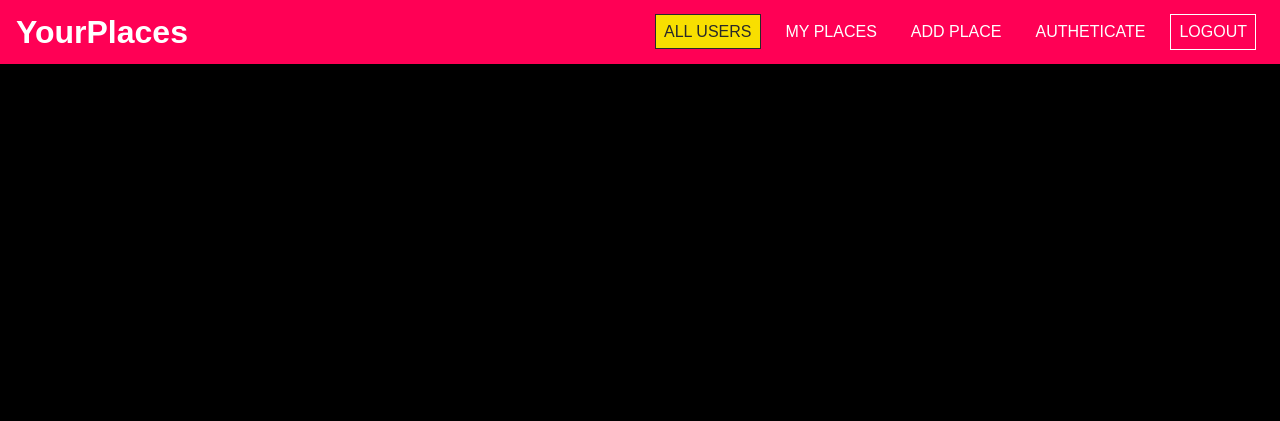
Repository: TanviSanyal/ImageEditingBootcamp
Page: /
These files come from the project's save history. The page is drawn as it stood at one moment and after the next save; the edit follows.
The browser window is 1280 px wide. The pictures show the whole page.
The project was rebuilt for these pictures with package versions that can differ from the ones it lists, and the page was loaded fresh each time. Also part of the build but not shown: src/shared/components/navigation/SideDrawer.css, src/shared/components/UIElements/Backdrop.css, src/shared/components/UIElements/Backdrop.js.

Above is the page before, as saved 2020-09-26 22:54:31.

After the next save:
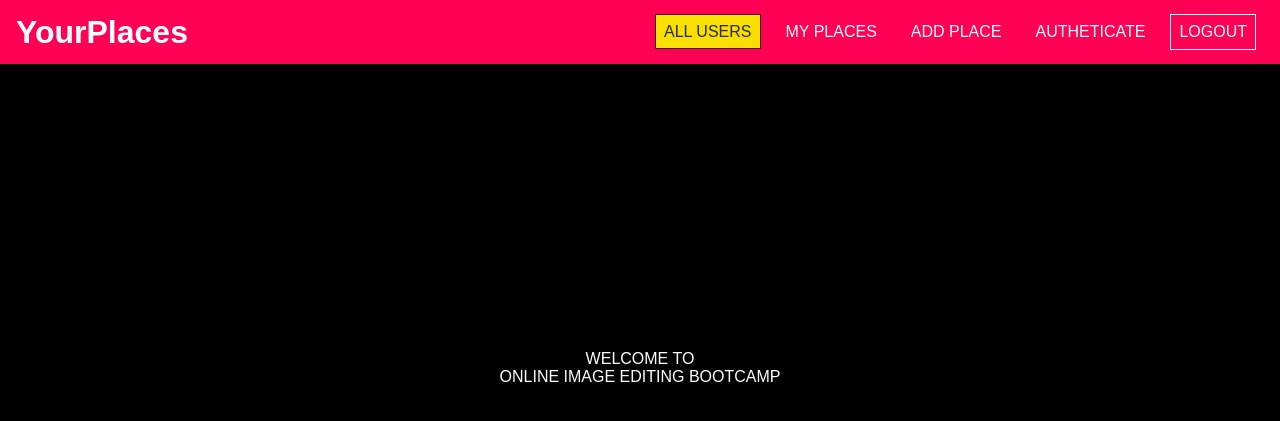
Saved 10 s later.
--- a/src/App.js
+++ b/src/App.js
@@ -31,8 +31,8 @@ const App = () => {
     <Router>
       <MainNavigation />
       <main className="main-body">
-        <h1 className="text1">welcome to</h1>
-        <h1 className="text2"> Online Image Editing Bootcamp</h1>
+        <span className="text1">welcome to</span>
+        <span className="text1"> Online Image Editing Bootcamp</span>
       </main>
     </Router>
   );
